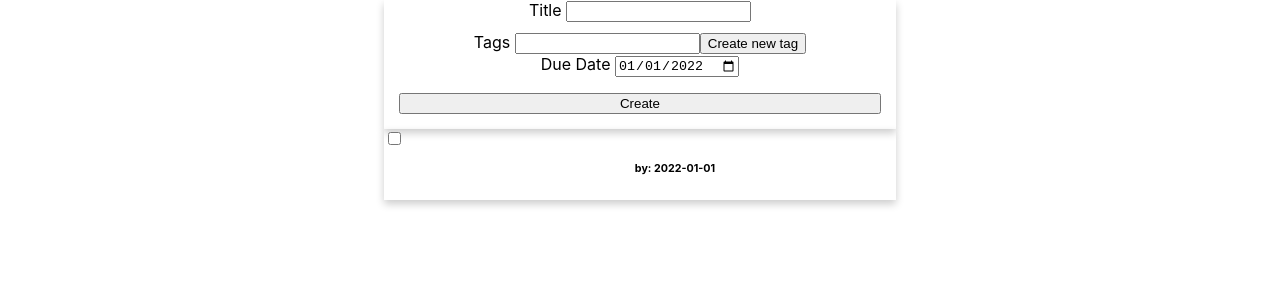
Repository: sanjayMamidipaka/reactappbits
Page: /, after clicking the first element matching `div.submitButton > button`
These files come from the project's save history. The page is drawn as it stood at one moment and after the next save; the edit follows.
The browser window is 1280 px wide. The pictures show the whole page.
The project was rebuilt for these pictures with package versions that can differ from the ones it lists, and the page was loaded fresh each time. Also part of the build but not shown: src/components/Tag.css, src/components/Tag.tsx.

Above is the page before, as saved 2022-01-18 18:18:25.

After the next save:
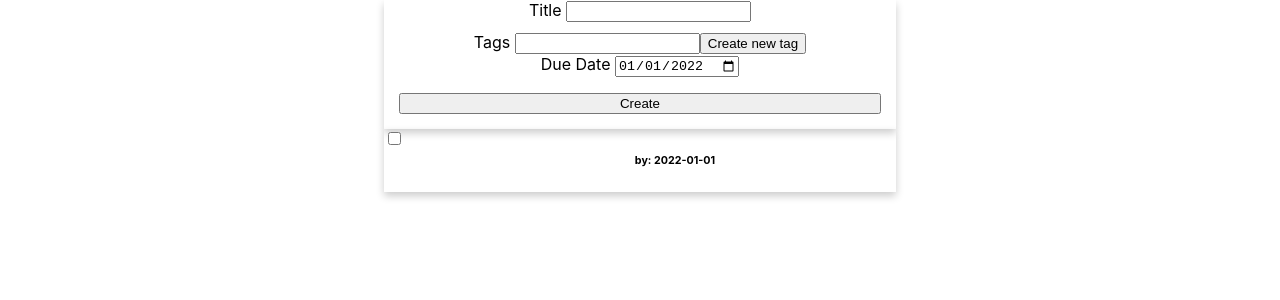
Saved 11 s later.
--- a/src/components/TodoItem.css
+++ b/src/components/TodoItem.css
@@ -18,7 +18,7 @@
 
 .name {
     text-align: left;
-    display: inline-block;
+    display: inline;
 }
 
 .date {
